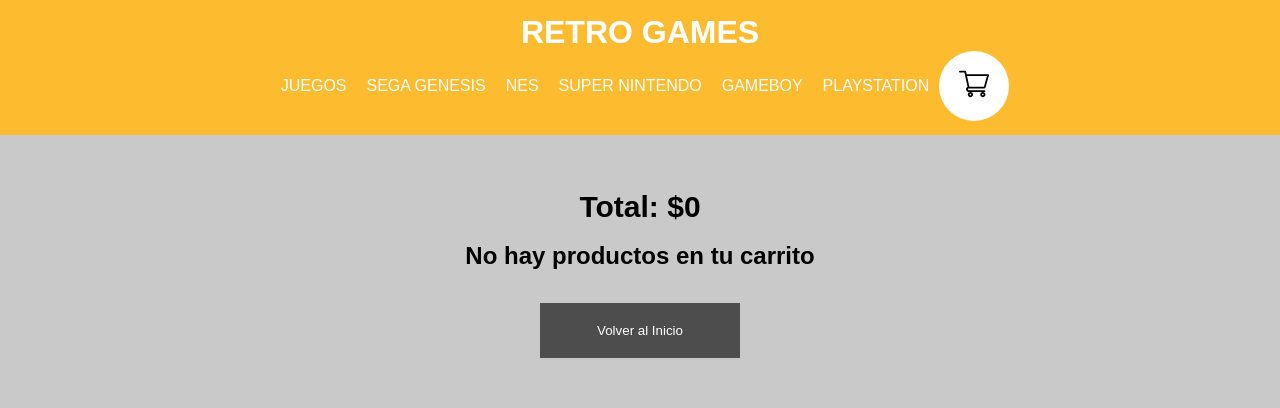
Repository: r-vudama/proyectoEC
Page: /cart
The author's editor kept a copy of each file at every save. The page is drawn from the files as they stood at one save, then again after a run of saves.
The browser window is 1280 px wide. The pictures show the whole page.
The page's requests for data from a server got no answer. Some web fonts or font styles are not loaded; a fallback is used. The project was rebuilt for these pictures with package versions that can differ from the ones it lists, and the page was loaded fresh each time. No one was signed in, and anything a server would have sent is missing. Also part of the build but not shown: src/components/Item.js, src/components/ItemList.js, src/components/ItemListContainer.js, src/components/ItemCount.js, src/components/ItemDetail.js, src/components/ItemDetailContainer.js, src/components/filter/Sega.js, src/components/filter/Gameboy.js and 3 more.

Above is the page before, as saved 2021-01-23 18:19:14.

After the next 3 saves:
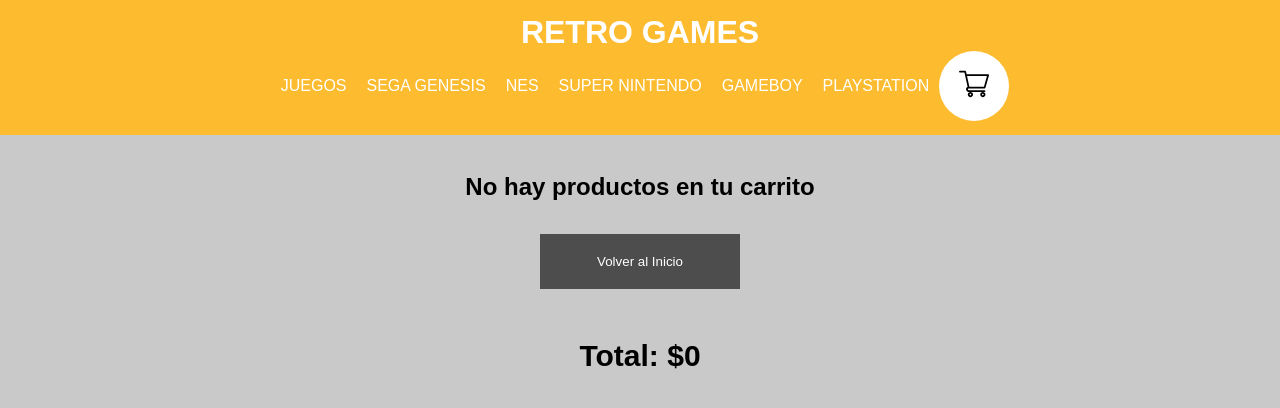
The 3 saves are shown as one change because 1 did not build or start and some came seconds apart.
The last was saved 35 s later.
--- a/src/components/Cart.js
+++ b/src/components/Cart.js
@@ -15,29 +15,28 @@
 
             {compra === "" ? '' :                             <h2>Compra exitosa! Tu ID de seguimiento es: {compra}</h2>}
 
-
-
-            <div className="cart-total">Total: ${total()}</div>
-
-            {carrito.length === 0 ? <>
+            {carrito.length === 0 ?
+                        <>
                             <br/>
                             <h2>No hay productos en tu carrito</h2>
                             <br/>
                             <Link to={{pathname: `/`}}>
                                 <input type="button" className="btn-eliminar-todo" value={`Volver al Inicio`}/>
                             </Link>
-                        </> :     <>
-                            carrito.map((card, i) => (
-                                <div key={i} className="cart-card">
-                                    <div className="card-description">
-                                        <p>{card.nombre}</p>
-                                        <p>Unidades: {card.cantidad}</p>
-                                        <p>Subtotal: $ {card.valor * card.cantidad}</p>
-                                    </div>
-                                    <input onClick={() => borrarItem(card)} type="button" value={`Quitar del carrito`}/>
-                                </div>
-                            ))
+                        </> : carrito.map((card, i) => (
+                <div key={i} className="cart-card">
+                    <div className="card-description">
+                        <p>{card.nombre}</p>
+                        <p>Unidades: {card.cantidad}</p>
+                        <p>Subtotal: $ {card.valor * card.cantidad}</p>
+                    </div>
+                    <input onClick={() => borrarItem(card)} type="button" value={`Quitar del carrito`}/>
+                </div>
+            ))}
 
+            <div className="cart-total">Total: ${total()}</div>
+
+            {carrito.length === 0 ? '' :
                 <form onSubmit={confirmarCompra} className="form-compra">
                     <div className="input-form">
                         <input value={nombre} placeholder="Nombre*" onChange={(e)=>{setNombre(e.target.value)}} type="text"/>
@@ -53,7 +52,6 @@
                     <input onClick={vaciarCarrito} type="button" className="btn-eliminar-todo" value={`Vaciar el carrito`}/>
                     </div>
                 </form>
-                </>
             }
 
         </div>
